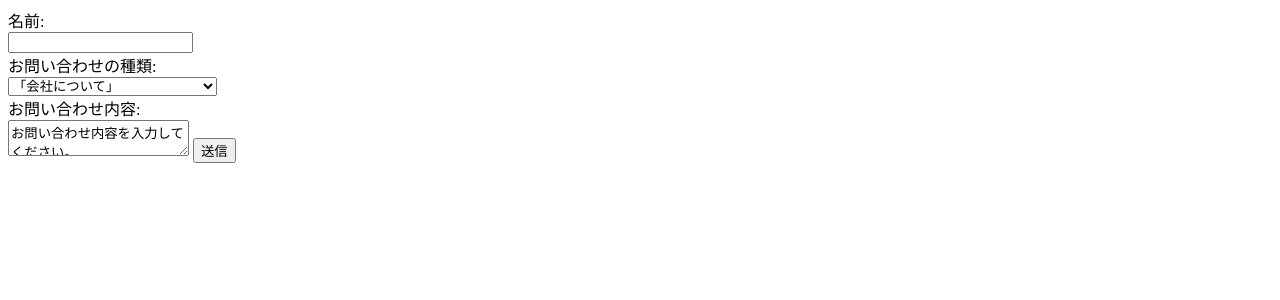
Repository: sakku-14/sukkiri_servlet
Page: http://localhost/lucky/ex5_2.jsp
An editor plug-in stored every save of this project. The page is shown before and after the next save, followed by the edit.
The browser window is 1280 px wide. The pictures show the whole page.
The page is served by Tomcat 9.

Above is the page before, as saved 2021-10-18 02:19:57.

After the next save:
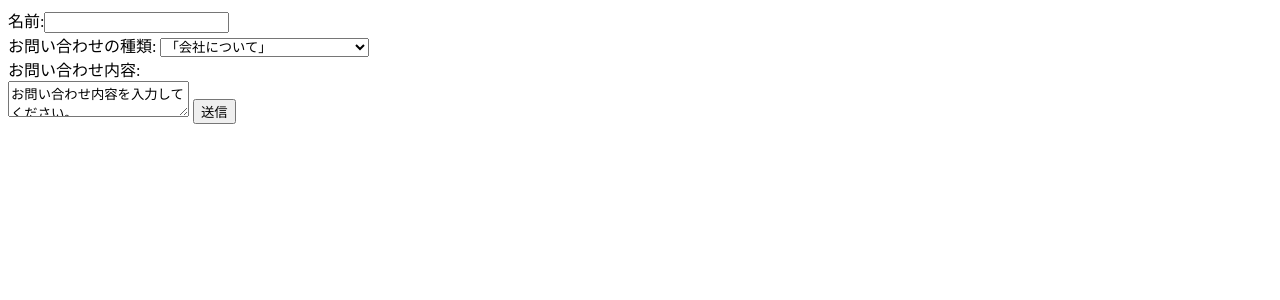
Saved 62 s later.
--- a/lucky/src/main/webapp/ex5_2.jsp
+++ b/lucky/src/main/webapp/ex5_2.jsp
@@ -8,8 +8,8 @@
 </head>
 <body>
 <form action="/lucky/testenq" method="post">
-名前:<br><input type="text" name="name"><br>
-お問い合わせの種類:<br>
+名前:<input type="text" name="name"><br>
+お問い合わせの種類:
 <select name="qtype">
 <option value="company">「会社について」</option>
 <option value="product">「製品について」</option>
